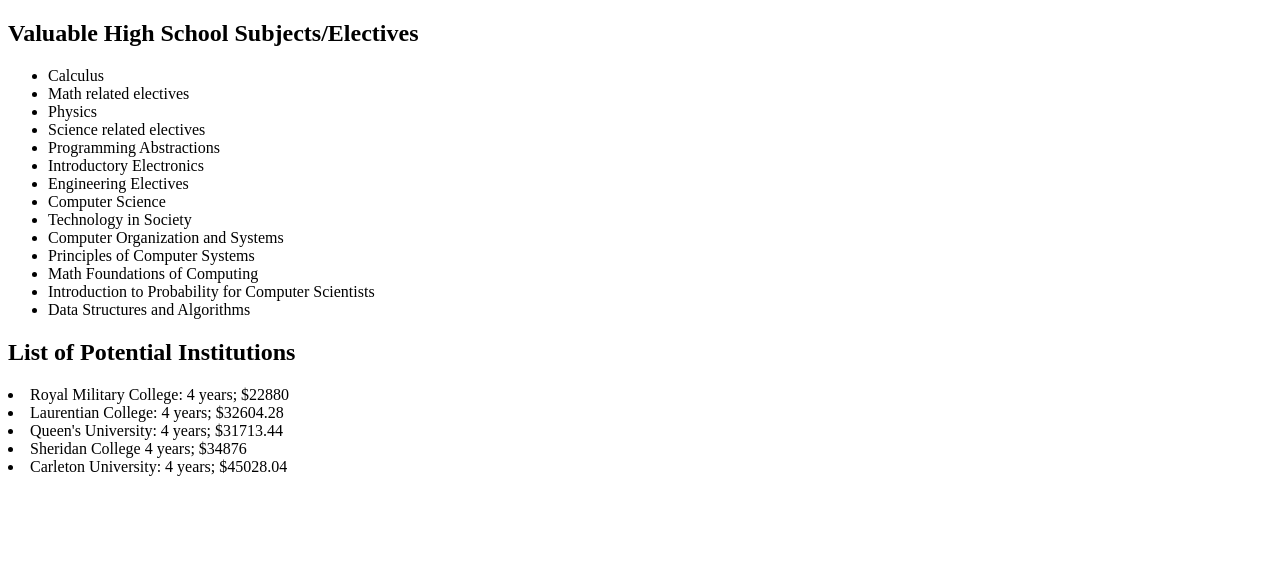
Repository: soerik/1soerik.github.io
Page: index.html
The author's editor kept a record of every edit. The page is drawn from the files as they stood at one moment, then again after the next edit.
The browser window is 1280 px wide. The pictures show the whole page.

Above is the page before.

After the next edit:
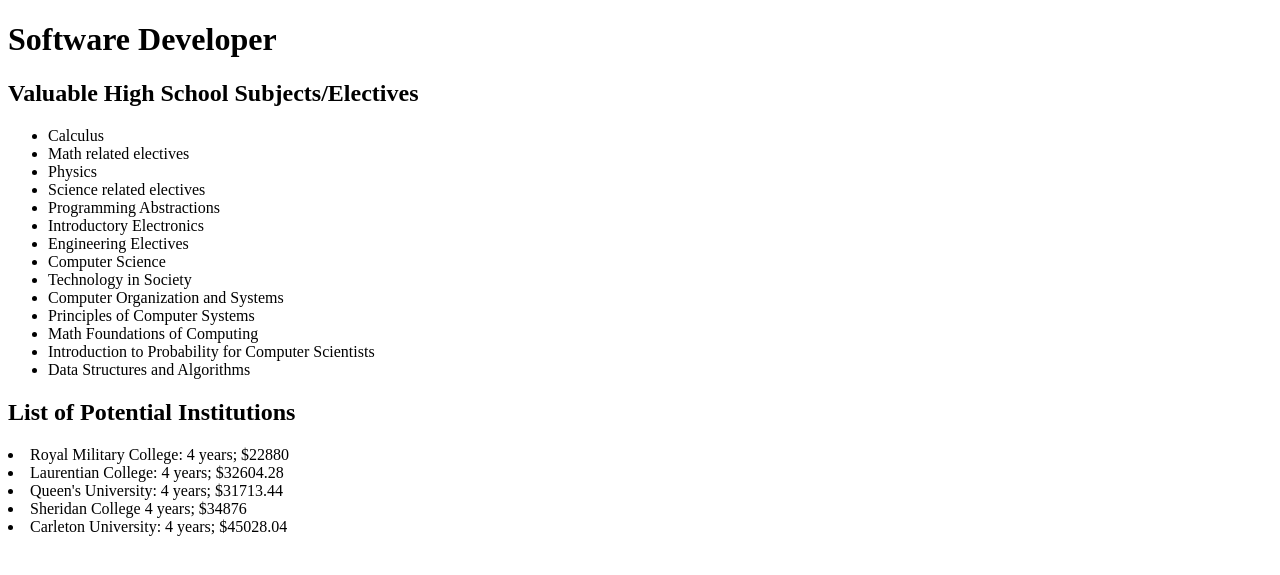
The edit:
--- a/index.html
+++ b/index.html
@@ -6,6 +6,7 @@
 
 <body>
 
+<h1>Software Developer</h1>
 
 <h2>Valuable High School Subjects/Electives</h2>
 
